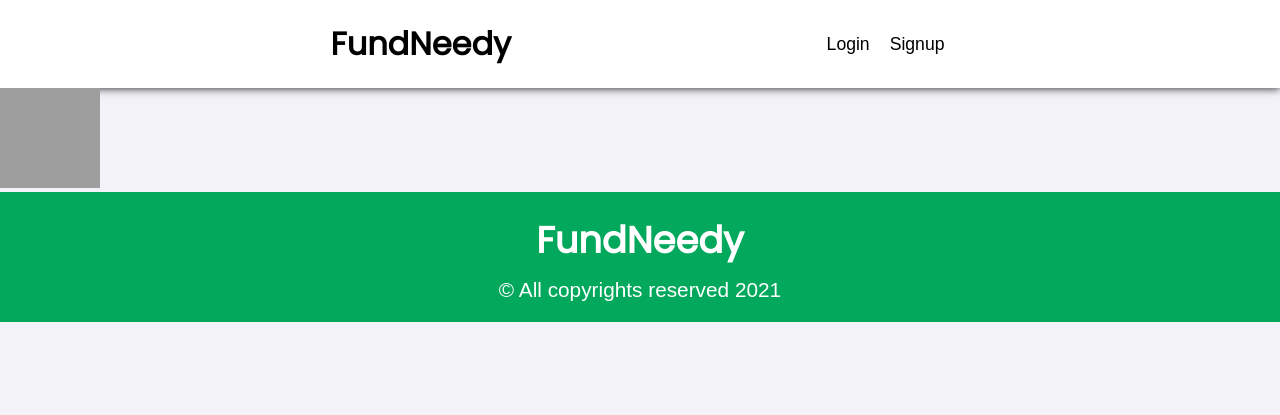
Repository: osdc/codejam
Page: /firmname (app in sassy-sandwiches/fund-needy/)
These files come from the project's save history. The page is drawn as it stood at one moment and after the next save; the edit follows.
The browser window is 1280 px wide. The pictures show the whole page.
Pictures or frames that could not be fetched are drawn as grey boxes. The project was rebuilt for these pictures with package versions that can differ from the ones it lists, and the page was loaded fresh each time. Also part of the build but not shown: sassy-sandwiches/fund-needy/src/Showcase.css, sassy-sandwiches/fund-needy/src/Showcase.js, sassy-sandwiches/fund-needy/src/Needies.css, sassy-sandwiches/fund-needy/src/Needy.css, sassy-sandwiches/fund-needy/src/Needy.js, sassy-sandwiches/fund-needy/src/Needies.js.

Above is the page before, as saved 2021-01-09 21:27:35.

### sassy-sandwiches/fund-needy/src/App.js
import React from "react";
import "./App.css";
import Navbar from "./Navbar";
import Showcase from "./Showcase";
import Needies from "./Needies";
import Footer from "./Footer";
import { BrowserRouter as Router, Route, Switch } from "react-router-dom";
import FirmFund from "./FirmFund";

function App() {
  return (
    <div className="App">
      <Router>
        <Navbar />
        <Switch>
          <Route exact path="/" component={Showcase} />
          <Route path="/needies" component={Needies} />
          <Route path="/firmname" component={FirmFund} />
        </Switch>
        <Footer />
      </Router>
    </div>
  );
}

export default App;

### sassy-sandwiches/fund-needy/src/App.css
* {
  margin: 0;
  padding: 0;
  font-family: Arial, Helvetica, sans-serif;
}

body {
  background-color: #f3f2f8;
}

### sassy-sandwiches/fund-needy/src/Navbar.js
import React from "react";
import "./Navbar.css";

function Navbar() {
  return (
    <div className="navbar">
      <div className="navbar_logo">
        <h1>FundNeedy</h1>
      </div>
      <div className="navbar_login_signup">
        <button>Login</button>
        <button>Signup</button>
      </div>
    </div>
  );
}

export default Navbar;

### sassy-sandwiches/fund-needy/src/Footer.js
import React from "react";
import "./Footer.css";

function Footer() {
  return (
    <div className="footer">
      <h1>FundNeedy</h1>
      <p>© All copyrights reserved 2021</p>
    </div>
  );
}

export default Footer;

### sassy-sandwiches/fund-needy/src/FirmFund.js
import React from "react";
import "./FirmFund.css";

function FirmFund() {
  return (
    <div className="firmFund">
      <div className="firmFund_image">
        <img
          src="https://i.pinimg.com/originals/ba/fc/15/bafc1525cef9606c5c064694ca8e60fb.jpg"
          alt=""
        />
      </div>
    </div>
  );
}

export default FirmFund;

### sassy-sandwiches/fund-needy/src/Navbar.css
@import url("https://fonts.googleapis.com/css2?family=Poppins&display=swap");

.navbar {
  display: flex;
  align-items: center;
  justify-content: space-evenly;
  padding: 20px;
  -webkit-box-shadow: 0px 1px 8px 0px rgba(0, 0, 0, 0.75);
  -moz-box-shadow: 0px 1px 8px 0px rgba(0, 0, 0, 0.75);
  box-shadow: 0px 1px 8px 0px rgba(0, 0, 0, 0.75);
  background-color: #fff;
  /* position: sticky; */
  top: 0;
  z-index: 10000;
}

.navbar_logo > h1 {
  font-family: "Poppins", sans-serif;
}

.navbar_login_signup {
  display: flex;
  align-items: center;
  justify-content: space-between;
}

.navbar_login_signup > button:nth-of-type(1) {
  margin-right: 10px;
}

.navbar_login_signup > button {
  padding: 5px;
  font-size: 1.1rem;
  outline: none;
  border: none;
  background-color: #fff;
  cursor: pointer;
  width: 100%;
}

### sassy-sandwiches/fund-needy/src/Footer.css
.footer {
  text-align: center;
  background-color: #02a95c;
  color: #fff;
  padding: 20px;
}

.footer > h1 {
  font-size: 2.3rem;
  font-family: "Poppins";
}

.footer > p {
  font-size: 1.3rem;
  font-weight: 400;
  margin-top: 10px;
}

### sassy-sandwiches/fund-needy/src/FirmFund.css
.firmFund_image > img {
  height: 100px;
  width: 100px;
}

Loaded but not shown: sassy-sandwiches/fund-needy/public/index.html (common file); sassy-sandwiches/fund-needy/src/index.js (common file); sassy-sandwiches/fund-needy/src/index.css (common file)

After the next save:
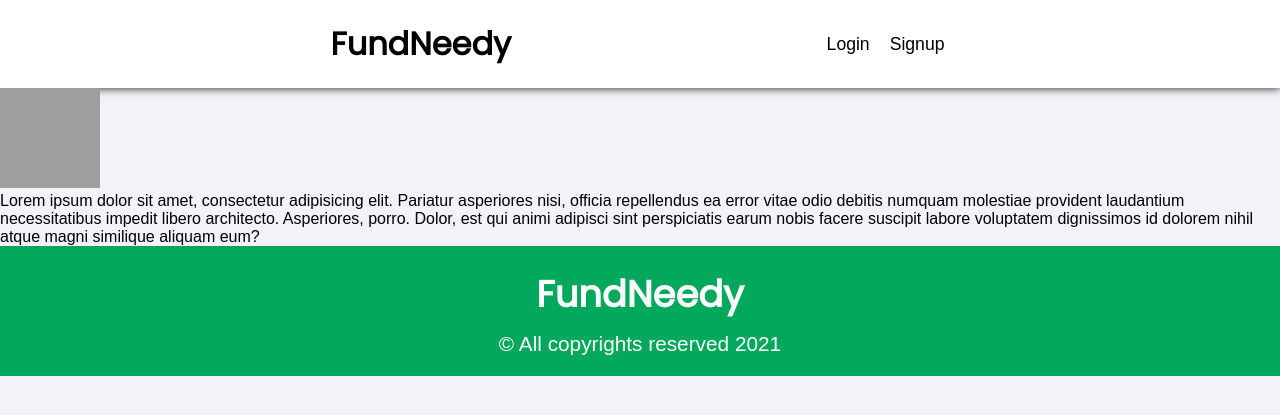
Saved 29 min 31 s later.
--- a/sassy-sandwiches/fund-needy/src/FirmFund.js
+++ b/sassy-sandwiches/fund-needy/src/FirmFund.js
@@ -10,6 +10,14 @@ function FirmFund() {
           alt=""
         />
       </div>
+      <div className="firmFund_about">
+        Lorem ipsum dolor sit amet, consectetur adipisicing elit. Pariatur
+        asperiores nisi, officia repellendus ea error vitae odio debitis numquam
+        molestiae provident laudantium necessitatibus impedit libero architecto.
+        Asperiores, porro. Dolor, est qui animi adipisci sint perspiciatis earum
+        nobis facere suscipit labore voluptatem dignissimos id dolorem nihil
+        atque magni similique aliquam eum?
+      </div>
     </div>
   );
 }
